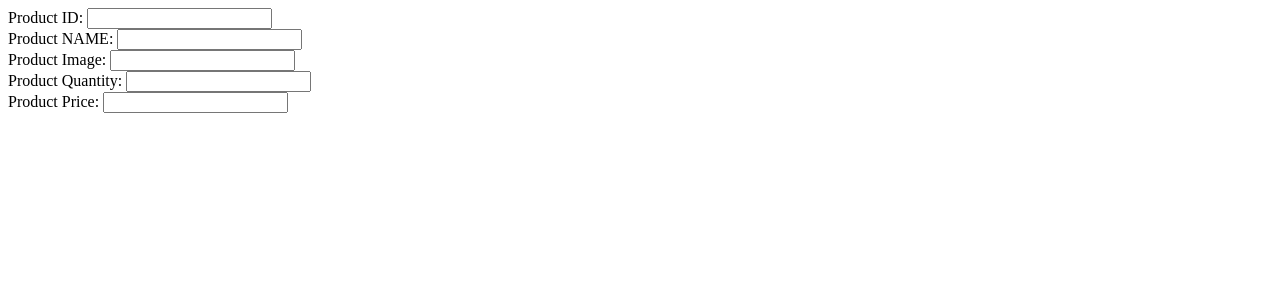
Repository: saikrishnaDsk/DelNex4D
Page: http://localhost/sprhibboot/views/Products.jsp
An editor plug-in stored every save of this project. The page is shown before and after the next save, followed by the edit.
The browser window is 1280 px wide. The pictures show the whole page.
The page is served by Tomcat 9. Other server files are loaded and not shown.

Above is the page before, as saved 2020-01-15 11:32:28.

### Finalapplication/sprhibboot/src/main/webapp/views/Products.jsp
<%@ page language="java" contentType="text/html; charset=ISO-8859-1"
    pageEncoding="ISO-8859-1"%>
<!DOCTYPE html>
<html>
<head>
<meta charset="ISO-8859-1">
<title>Products</title>
</head>
<body>
Product ID: <input type="text" name="pid"><br>
Product NAME: <input type="text" name="name"><br>
Product Image: <input type="text" name="image"><br>
Product Quantity: <input type="text" name="quantity"><br>
Product Price: <input type="text" name="price"><br>


</body>
</html>

After the next save:
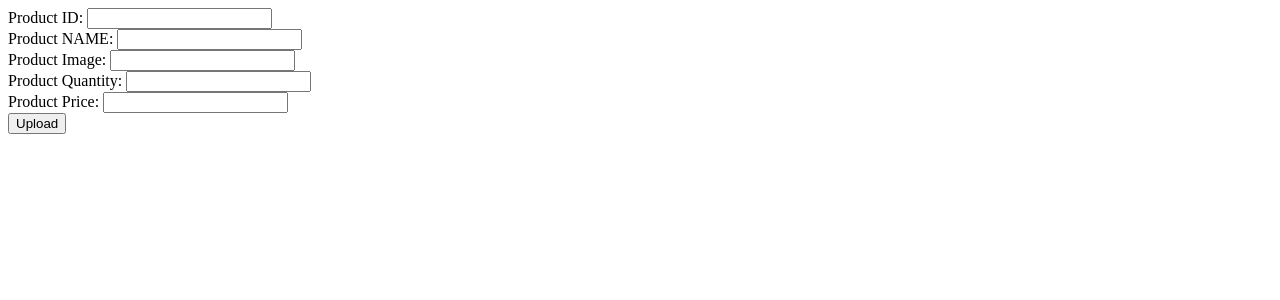
Saved 42 s later.
--- a/Finalapplication/sprhibboot/src/main/webapp/views/Products.jsp
+++ b/Finalapplication/sprhibboot/src/main/webapp/views/Products.jsp
@@ -7,12 +7,13 @@
 <title>Products</title>
 </head>
 <body>
+<form action="">
 Product ID: <input type="text" name="pid"><br>
 Product NAME: <input type="text" name="name"><br>
 Product Image: <input type="text" name="image"><br>
 Product Quantity: <input type="text" name="quantity"><br>
 Product Price: <input type="text" name="price"><br>
-
-
+				<input type="submit" value="Upload">
+</form>
 </body>
 </html>
